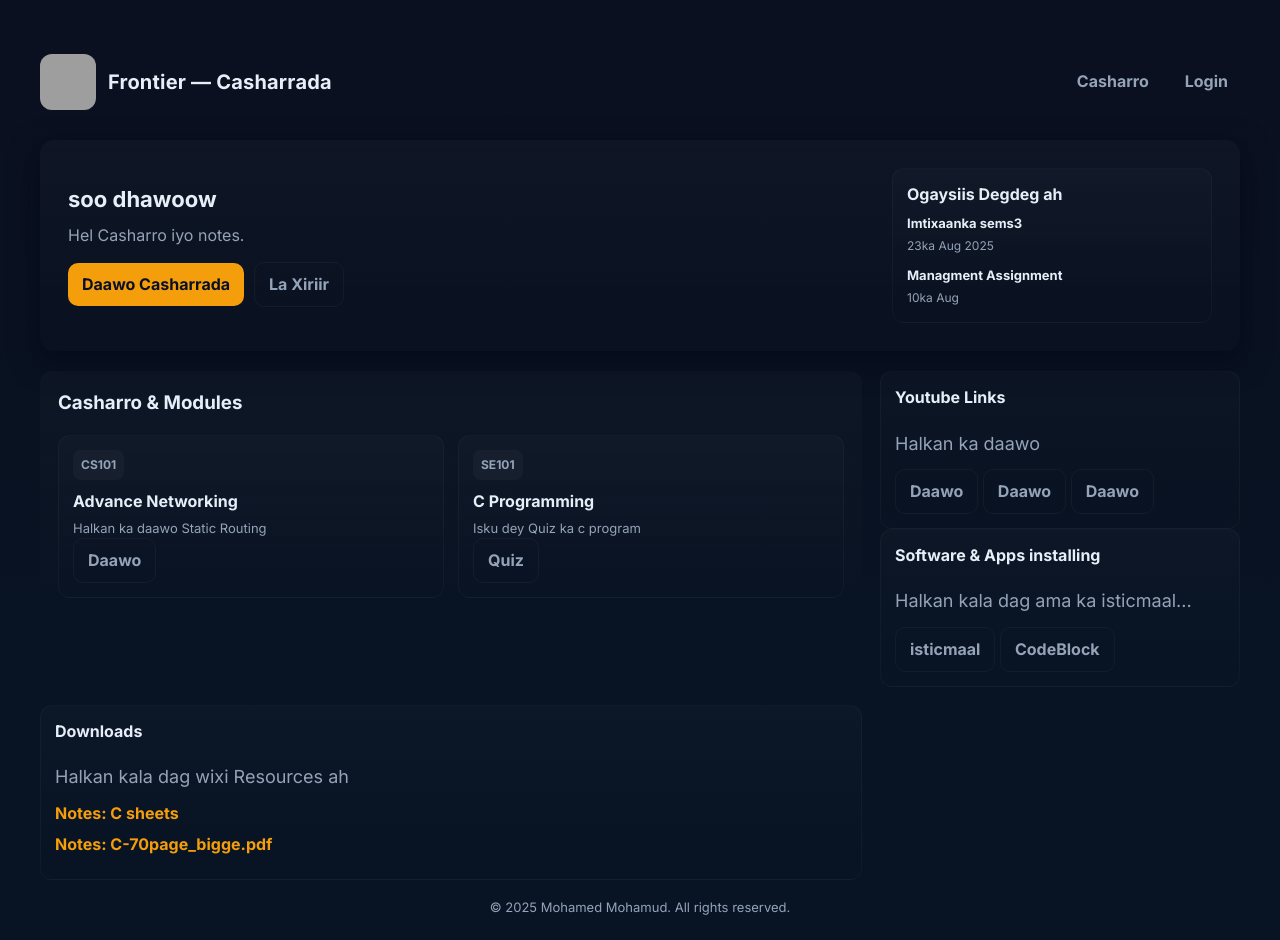
Repository: mrfiiqane/Al-Tacaawun.com
Page: index.html
The author's editor kept a copy of each file at every save. The page is drawn from the files as they stood at one save, then again after the next save.
The browser window is 1280 px wide. The pictures show the whole page.
Pictures or frames that could not be fetched are drawn as grey boxes.

Above is the page before, as saved 2025-08-12 08:59:45.

After the next save:
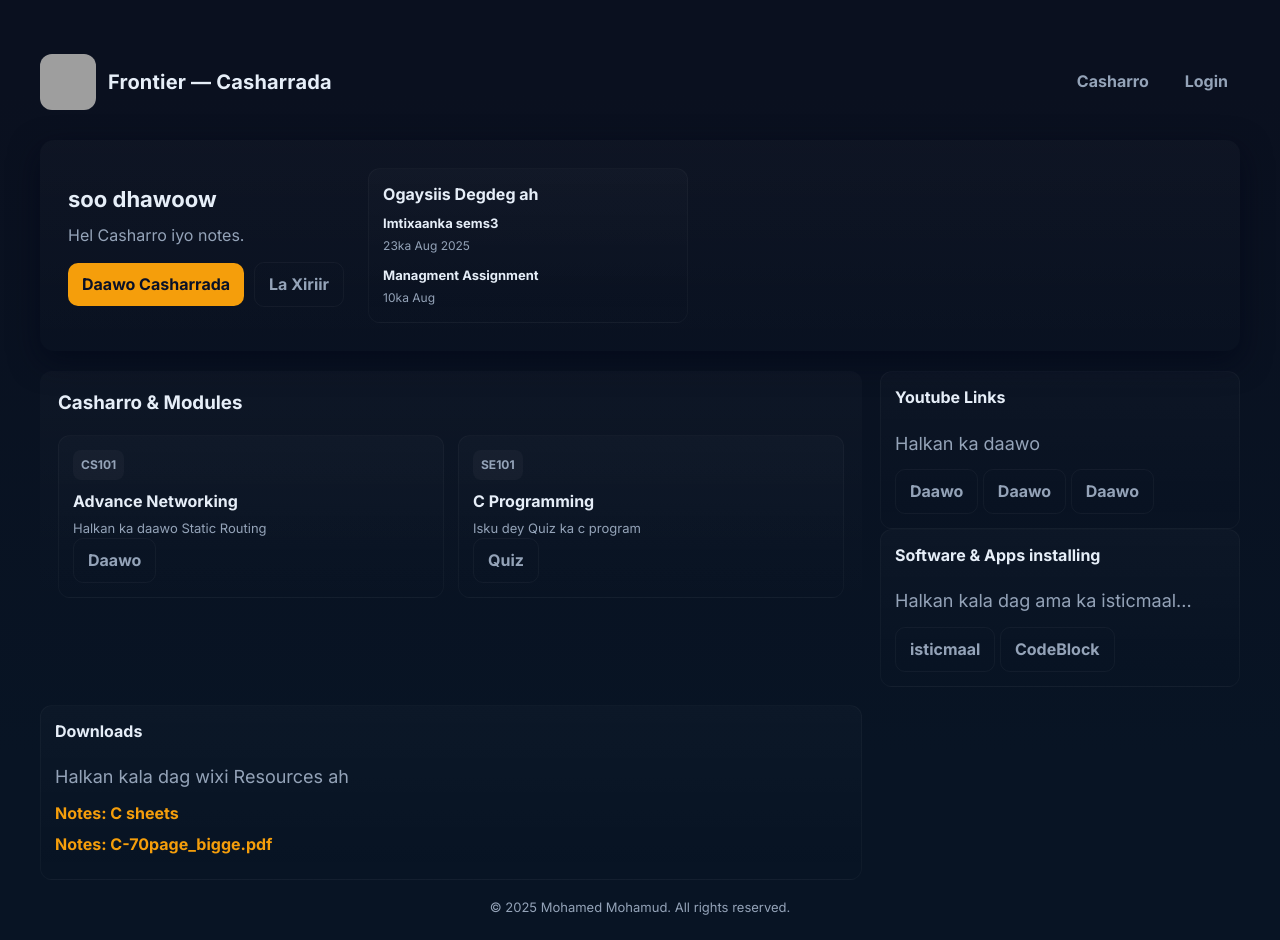
Saved 73 s later.
--- a/style.css
+++ b/style.css
@@ -89,7 +89,7 @@
       margin-bottom:20px;
       box-shadow: 0 10px 30px rgba(2,6,23,0.6);
     }
-    .hero-left{flex:1}
+
     .hero-right{ width:320px; min-width:220px }
     .hero h2{ margin:0 0 8px 0; font-size:22px }
     .hero p{ margin:0 0 14px 0; color:var(--muted) }

After the save that followed:
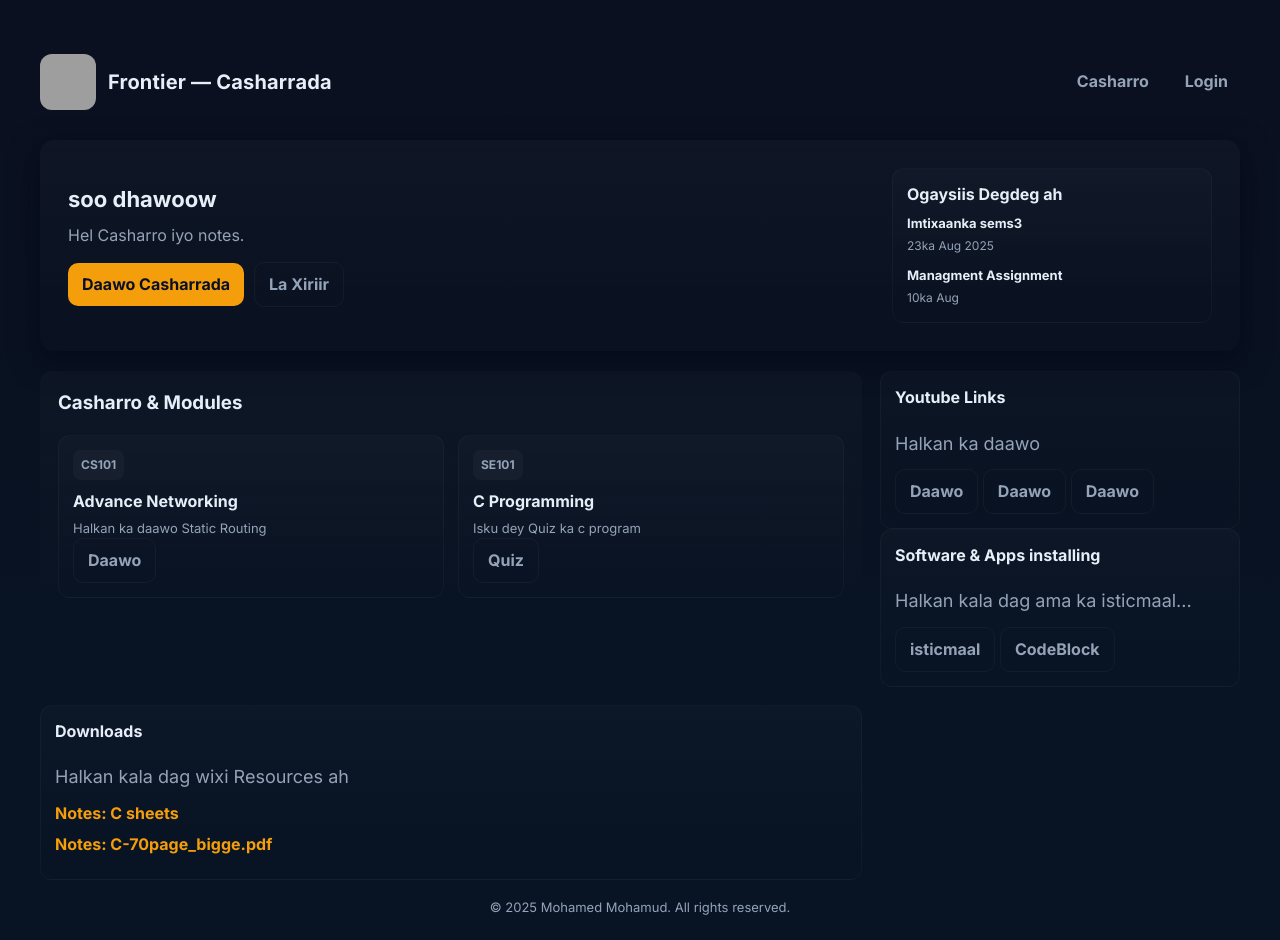
Saved 8 s later.
--- a/style.css
+++ b/style.css
@@ -89,7 +89,7 @@
       margin-bottom:20px;
       box-shadow: 0 10px 30px rgba(2,6,23,0.6);
     }
-
+    .hero-left{flex:1}
     .hero-right{ width:320px; min-width:220px }
     .hero h2{ margin:0 0 8px 0; font-size:22px }
     .hero p{ margin:0 0 14px 0; color:var(--muted) }
